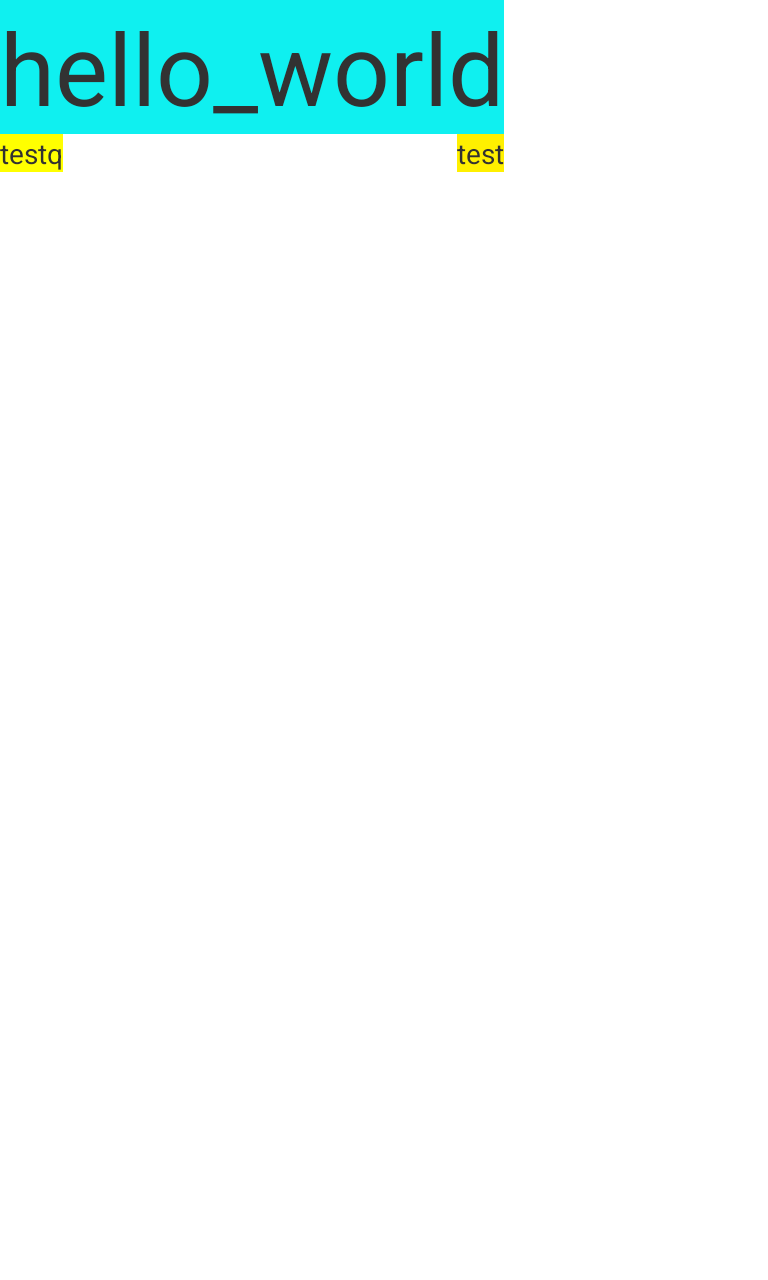
Repository: founderzhl/MarsAndroid
Layout: S01_E15_RelativeLayout01/res/layout/activity_main.xml
These files come from the project's save history. The layout is drawn as it stood at one moment and after the next save; the edit follows.
It is drawn on a 768 x 1280 px phone screen (xhdpi) without system bars, with theme AppTheme; the app's code is not run. The app's manifest (not shown) leaves right-to-left support off. So textAlignment, textDirection and layoutDirection are ignored, and left and right values win over start and end ones.

Above is the layout before, as saved 2015-01-22 16:02:52.

### S01_E15_RelativeLayout01/res/layout/activity_main.xml
<RelativeLayout xmlns:android="http://schemas.android.com/apk/res/android"
    xmlns:tools="http://schemas.android.com/tools"
    android:layout_width="match_parent"
    android:layout_height="match_parent" >

    <TextView
        android:id="@+id/firstView"
        android:layout_width="wrap_content"
        android:layout_height="wrap_content"
        android:background="#0ff0f0"
        android:textSize="50sp"
        android:text="hello_world" />

    <TextView
        android:id="@+id/secondView"
        android:layout_width="wrap_content"
        android:layout_height="wrap_content"
        android:background="#fff000"
        android:layout_below="@id/firstView"
        android:layout_alignEnd="@id/firstView"
        android:text="test" />

     <TextView
        android:id="@+id/TheerdView"
        android:layout_width="wrap_content"
        android:layout_height="wrap_content"
        android:background="#ffff00"
        android:layout_below="@id/firstView"
        android:layout_alignParentStart="@id/firstView"
        android:text="testq" />


</RelativeLayout>

Loaded but not shown: S01_E15_RelativeLayout01/res/values/styles.xml (common file); S01_E15_RelativeLayout01/res/values-v11/styles.xml (common file); S01_E15_RelativeLayout01/res/values-v14/styles.xml (common file)

After the next save:
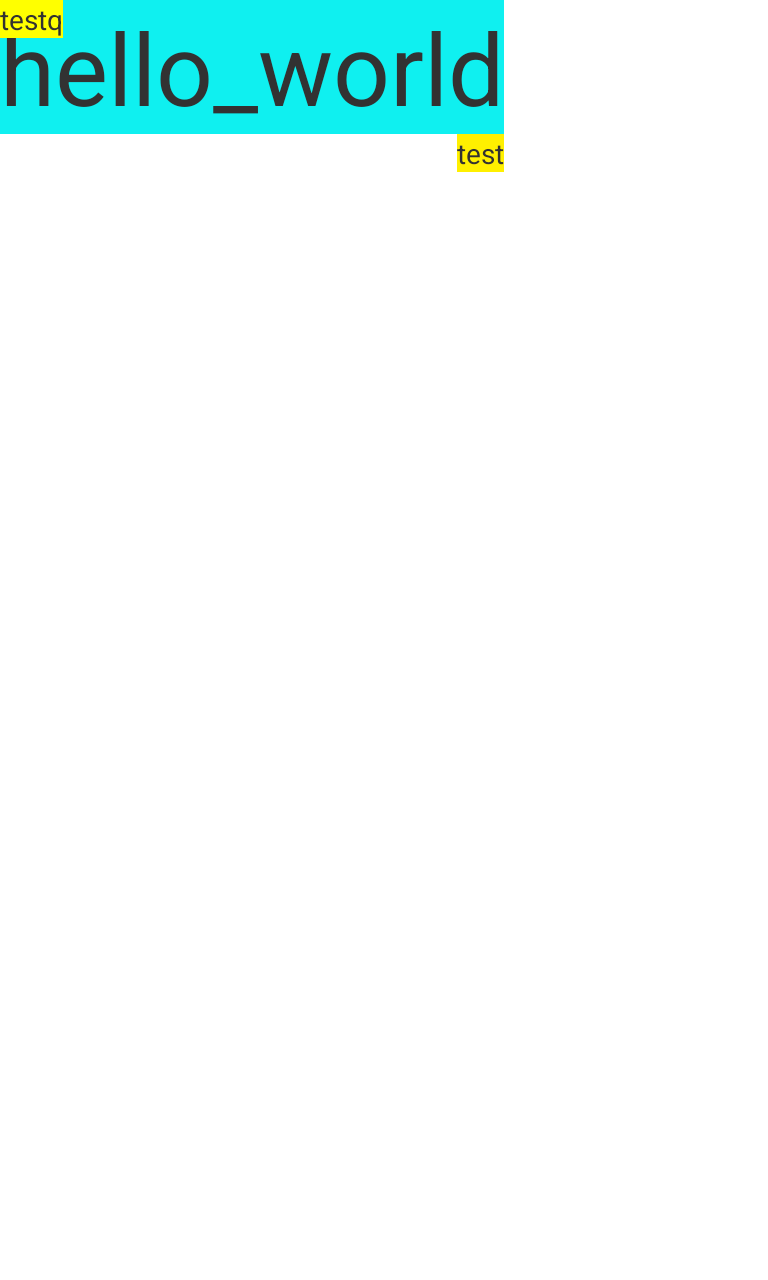
Saved 39 s later.
--- a/S01_E15_RelativeLayout01/res/layout/activity_main.xml
+++ b/S01_E15_RelativeLayout01/res/layout/activity_main.xml
@@ -25,7 +25,6 @@
         android:layout_width="wrap_content"
         android:layout_height="wrap_content"
         android:background="#ffff00"
-        android:layout_below="@id/firstView"
         android:layout_alignParentStart="@id/firstView"
         android:text="testq" />
 
